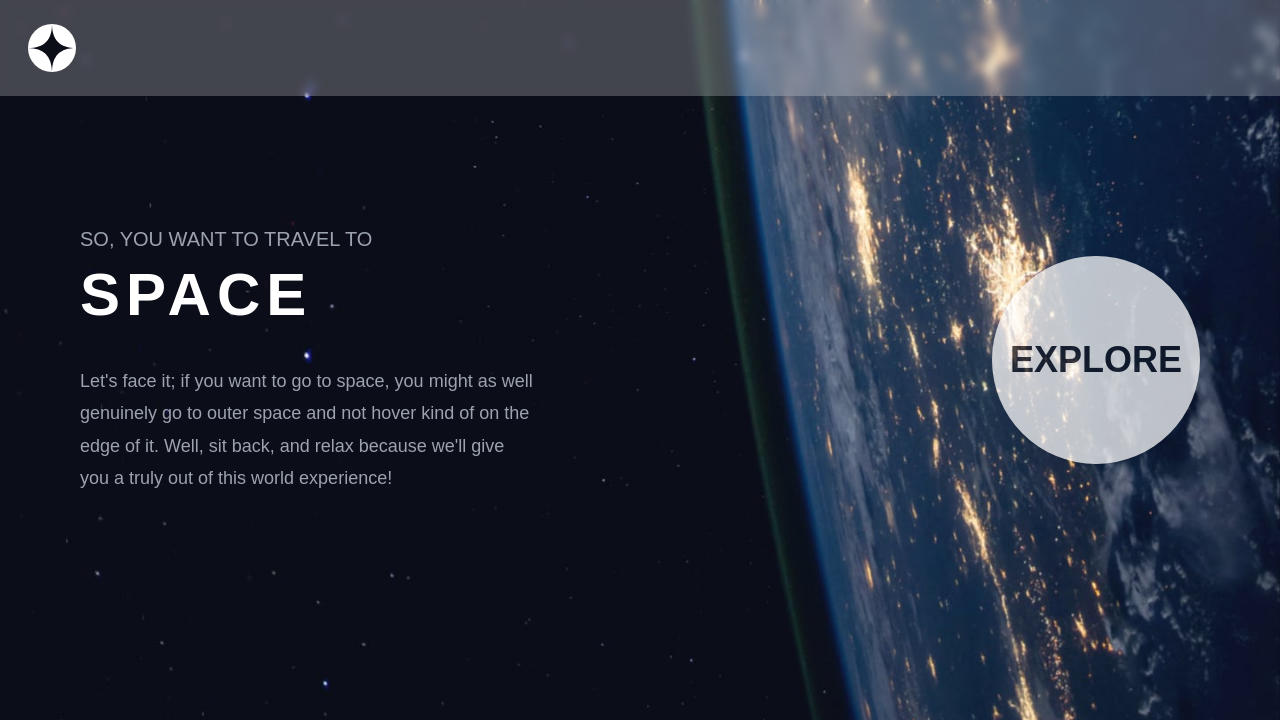
Repository: OmniaRafat232111121/Space-Toursim
Page: /
The author's editor kept a copy of each file at every save. The page is drawn from the files as they stood at one save, then again after a run of saves.
The browser window is 1280 px wide. The pictures show the whole page.
Some web fonts or font styles are not loaded; a fallback is used. The project was rebuilt for these pictures with package versions that can differ from the ones it lists, and the page was loaded fresh each time. Also part of the build but not shown: src/components/Destination.js, src/components/Crew.js, src/components/Technology.js, src/components/Error.js.

Above is the page before, as saved 2022-08-09 15:25:37.

After the next 5 saves:
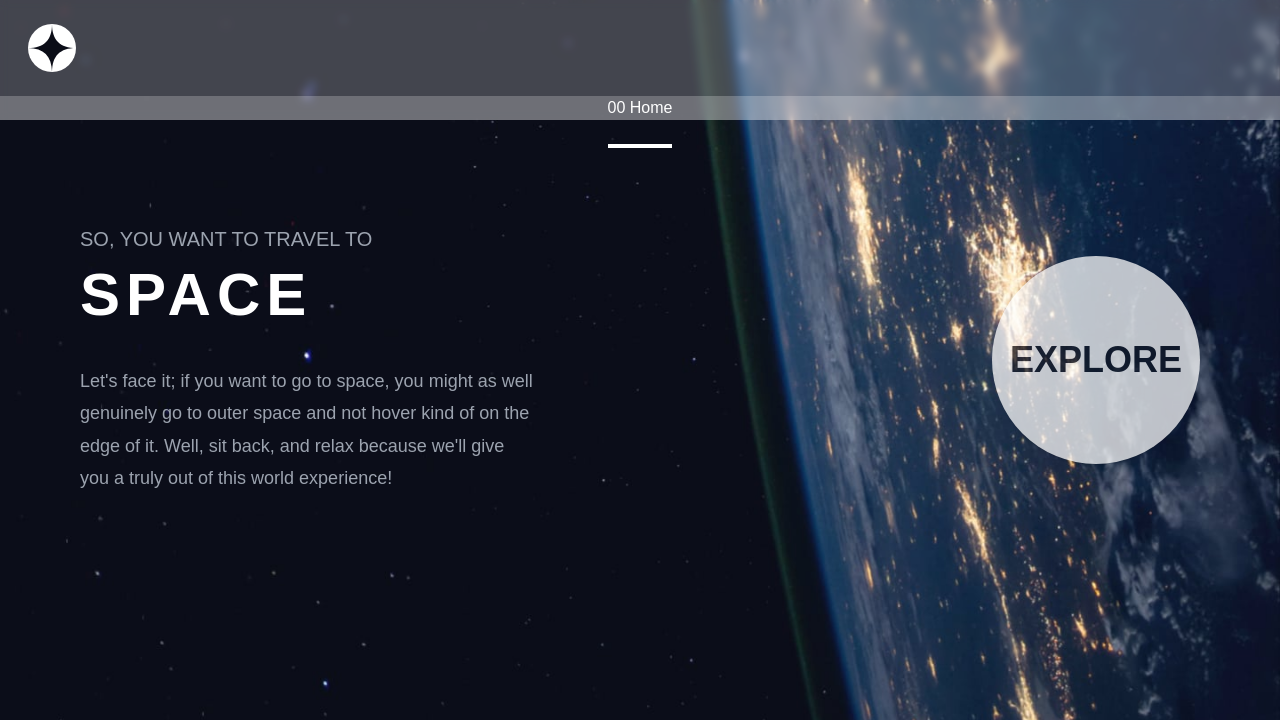
The 5 saves are shown as one change because they came seconds apart.
The last was saved 35 s later.
--- a/src/index.css
+++ b/src/index.css
@@ -48,10 +48,10 @@ p {
   display: none;
 }
 
-/* .header nav.open {
+ .header nav.open {
   display: block;
-} */
-/*
+}
+
 .header nav ul {
   display: flex;
   flex-direction: column;
